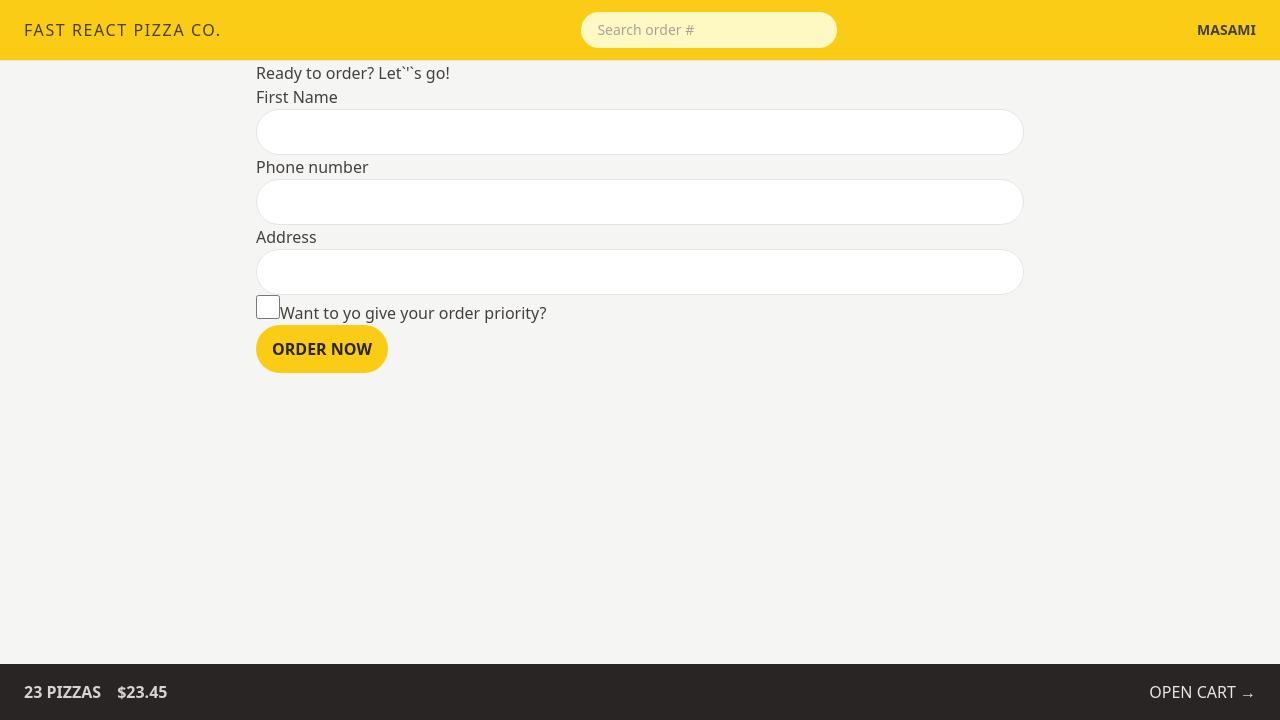
Repository: masamichan/pizza-vite
Page: /order/new
An editor plug-in stored every save of this project. The page is shown before and after the next save, followed by the edit.
The browser window is 1280 px wide. The pictures show the whole page.
The project was rebuilt for these pictures with package versions that can differ from the ones it lists, and the page was loaded fresh each time. Also part of the build but not shown: vite.config.js, src/ui/Home.jsx, src/utils/helpers.js, src/features/menu/MenuItem.jsx, src/features/menu/Menu.jsx, src/features/cart/Cart.jsx, src/features/order/Order.jsx, src/ui/Loader.jsx and 1 more. Imported but missing from the stored project, and not drawn on this page: src/features/user/CreateUser.

Above is the page before, as saved 2023-12-22 14:35:40.

### src/App.jsx
import { RouterProvider, createBrowserRouter } from "react-router-dom"
import Home from './ui/Home'
import Menu, {loader as menuLoader} from './features/menu/Menu';
import Cart from './features/cart/Cart';
import CreateOrder, {action as createOrderAction} from './features/order/CreateOrder';
import Order, {loader as orderLoader} from "./features/order/Order"
import AppLayout from "./ui/AppLayout";
import Error from "./ui/Error"

const router = createBrowserRouter([
  {
    element: <AppLayout />,
    errorElement: <Error />,
    children: [
  { path: "/", element: <Home/>},
  { path: "/menu", element: <Menu />, loader: menuLoader, errorElement: <Error />},
  {path: "/cart",element: <Cart />},
  {path: "/order/new",element: <CreateOrder />, action: createOrderAction},
  {path: "/order/:orderId", element: <Order />, loader: orderLoader, errorElement: <Error />}
    ],
  },
])




function App() {
  return <RouterProvider router={router} />
}

export default App

### src/index.css
@tailwind base;
@tailwind components;
@tailwind utilities;

@layer components {
  .input {
    @apply w-full rounded-full border border-stone-200 px-4 py-2 text-sm
          transition-all duration-300 placeholder:text-stone-400
          focus:outline-none focus:ring focus:ring-yellow-400
          md:px-6 md:py-3;
  }
}

/* https://dev.to/afif/i-made-100-css-loaders-for-your-next-project-4eje */
.loader {
  width: 45px;
  aspect-ratio: 0.75;
  --c: no-repeat linear-gradient(#333 0 0);
  background:
    var(--c) 0% 50%,
    var(--c) 50% 50%,
    var(--c) 100% 50%;
  background-size: 20% 50%;
  animation: loading 1s infinite linear;
}

@keyframes loading {
  20% {
    background-position:
      0% 0%,
      50% 50%,
      100% 50%;
  }
  40% {
    background-position:
      0% 100%,
      50% 0%,
      100% 50%;
  }
  60% {
    background-position:
      0% 50%,
      50% 100%,
      100% 0%;
  }
  80% {
    background-position:
      0% 50%,
      50% 50%,
      100% 100%;
  }
}

### src/features/order/CreateOrder.jsx
import { useState } from 'react';
import { Form, redirect, useActionData, useNavigation } from 'react-router-dom';
import { createOrder } from '../../services/apiRestaurant';
import Button from '../../ui/Button';

// https://uibakery.io/regex-library/phone-number
const isValidPhone = (str) =>
  /^\+?\d{1,4}?[-.\s]?\(?\d{1,3}?\)?[-.\s]?\d{1,4}[-.\s]?\d{1,4}[-.\s]?\d{1,9}$/.test(
    str,
  );

const fakeCart = [
  {
    pizzaId: 12,
    name: 'Mediterranean',
    quantity: 2,
    unitPrice: 16,
    totalPrice: 32,
  },
  {
    pizzaId: 6,
    name: 'Vegetale',
    quantity: 1,
    unitPrice: 13,
    totalPrice: 13,
  },
  {
    pizzaId: 11,
    name: 'Spinach and Mushroom',
    quantity: 1,
    unitPrice: 15,
    totalPrice: 15,
  },
];

function CreateOrder() {
  const navigation = useNavigation();
  const isSubmitting = navigation.state === 'submitting';

  const formErrors = useActionData();

  // const [withPriority, setWithPriority] = useState(false);
  const cart = fakeCart;

  return (
    <div>
      <h2>Ready to order? Let`&apos;`s go!</h2>

      <Form method="POST">
        <div>
          <label>First Name</label>
          <input className="input" type="text" name="customer" required />
        </div>

        <div>
          <label>Phone number</label>
          <div>
            <input className="input" type="tel" name="phone" required />
          </div>
          {formErrors?.phone && <p>{formErrors.phone}</p>}
        </div>

        <div>
          <label>Address</label>
          <div>
            <input className="input" type="text" name="address" required />
          </div>
        </div>

        <div>
          <input
            className="h-6 w-6 accent-yellow-400
                      focus:outline-none focus:ring
                      focus:ring-yellow-400
                      focus:ring-offset-2"
            type="checkbox"
            name="priority"
            id="priority"
            // value={withPriority}
            // onChange={(e) => setWithPriority(e.target.checked)}
          />
          <label htmlFor="priority">Want to yo give your order priority?</label>
        </div>

        <div>
          <input type="hidden" name="cart" value={JSON.stringify(cart)} />
          <Button disabled={isSubmitting}>
            {isSubmitting ? 'Placing order...' : 'Order now'}
          </Button>
        </div>
      </Form>
    </div>
  );
}

export async function action({ request }) {
  const formData = await request.formData();
  const data = Object.fromEntries(formData);

  const order = {
    ...data,
    cart: JSON.parse(data.cart),
    priority: data.priority === 'on',
  };

  const errors = {};
  if (!isValidPhone(order.phone))
    errors.phone =
      'Please give us your correct phone number. We might need it to contact you.';

  if (Object.keys(errors).length > 0) return errors;

  const newOrder = await createOrder(order);

  return redirect(`/order/${newOrder.id}`);
}

export default CreateOrder;

### src/ui/AppLayout.jsx
import Header from './Header';
import Loader from './Loader';
import { Outlet, useNavigation } from 'react-router-dom';
import CartOverview from '../features/cart/CartOverview';

function AppLayout() {
  const navigation = useNavigation();
  const isLoading = navigation.state === 'loading';
  return (
    <div className="grid h-screen grid-rows-[auto_1fr_auto]">
      {isLoading && <Loader />}

      <Header />
      <div className="overflow-scroll">
        <main className="mx-auto max-w-3xl">
          <Outlet />
        </main>
      </div>
      <CartOverview />
    </div>
  );
}

export default AppLayout;

### src/services/apiRestaurant.js
const API_URL = 'https://react-fast-pizza-api.onrender.com/api';

export async function getMenu() {
  const res = await fetch(`${API_URL}/menu`);

  // fetch won't throw error on 400 errors (e.g. when URL is wrong), so we need to do it manually. This will then go into the catch block, where the message is set
  if (!res.ok) throw Error('Failed getting menu');

  const { data } = await res.json();
  return data;
}

export async function getOrder(id) {
  const res = await fetch(`${API_URL}/order/${id}`);
  if (!res.ok) throw Error(`Couldn't find order #${id}`);

  const { data } = await res.json();
  return data;
}

export async function createOrder(newOrder) {
  try {
    const res = await fetch(`${API_URL}/order`, {
      method: 'POST',
      body: JSON.stringify(newOrder),
      headers: {
        'Content-Type': 'application/json',
      },
    });

    if (!res.ok) throw Error();
    const { data } = await res.json();
    return data;
  } catch {
    throw Error('Failed creating your order');
  }
}

export async function updateOrder(id, updateObj) {
  try {
    const res = await fetch(`${API_URL}/order/${id}`, {
      method: 'PATCH',
      body: JSON.stringify(updateObj),
      headers: {
        'Content-Type': 'application/json',
      },
    });

    if (!res.ok) throw Error();
    // We don't need the data, so we don't return anything
  } catch (err) {
    throw Error('Failed updating your order');
  }
}

### src/ui/Button.jsx
function Button({ children, disabled }) {
  return (
    <button
      disabled={disabled}
      className="tracking-width activate:bg-slate-400 inline-block rounded-full bg-yellow-400 px-4 py-3 font-semibold
                uppercase text-stone-800 transition-colors duration-300 hover:bg-yellow-300
                focus:outline-none focus:ring focus:ring-yellow-300 focus:ring-offset-2 disabled:cursor-not-allowed"
    >
      {children}
    </button>
  );
}

export default Button;

### src/ui/Header.jsx
import { Link } from 'react-router-dom';
import SearchOrder from '../features/order/SearchOrder';
import UserName from '../features/user/UserName';

function Header() {
  return (
    <header className="flex items-center justify-between border-b border-stone-200 bg-yellow-400 px-4 py-3 uppercase sm:px-6">
      <Link to="/" className="tracking-widest">
        Fast React Pizza Co.
      </Link>
      <SearchOrder />
      <UserName />
    </header>
  );
}

export default Header;

### src/features/cart/CartOverview.jsx
import { Link } from 'react-router-dom';

function CartOverview() {
  return (
    <div className="flex items-center justify-between bg-stone-800 px-4 py-4 text-sm uppercase text-stone-200 sm:px-6 md:text-base">
      <p className="sm-space-x-6 space-x-4 font-semibold text-stone-300">
        <span>23 pizzas</span>
        <span>$23.45</span>
      </p>
      <Link to="/cart">Open cart &rarr;</Link>
    </div>
  );
}

export default CartOverview;

### src/features/order/SearchOrder.jsx
import { useState } from 'react';
import { useNavigate } from 'react-router-dom';

function SearchOrder() {
  const [query, setQuery] = useState('');
  const navigate = useNavigate();

  function handleSubmit(e) {
    e.preventDefault();
    if (!query) return;
    navigate(`/order/${query}`);
    setQuery('');
  }

  return (
    <form onSubmit={handleSubmit}>
      <input
        placeholder="Search order #"
        value={query}
        onChange={(e) => setQuery(e.target.value)}
        className="focus: w-28 rounded-full bg-yellow-100 px-4 py-2
                   text-sm ring-yellow-500 transition-all duration-300
                   placeholder:text-stone-400 focus:outline-none focus:ring focus:ring-opacity-50 sm:w-64 sm:focus:w-72"
      />
    </form>
  );
}

export default SearchOrder;

### src/features/user/UserName.jsx
function UserName() {
  return <div className="hidden text-sm font-semibold md:block">Masami</div>;
}

export default UserName;

Loaded but not shown: index.html (common file); src/main.jsx (common file); tailwind.config.js (common file)

After the next save:
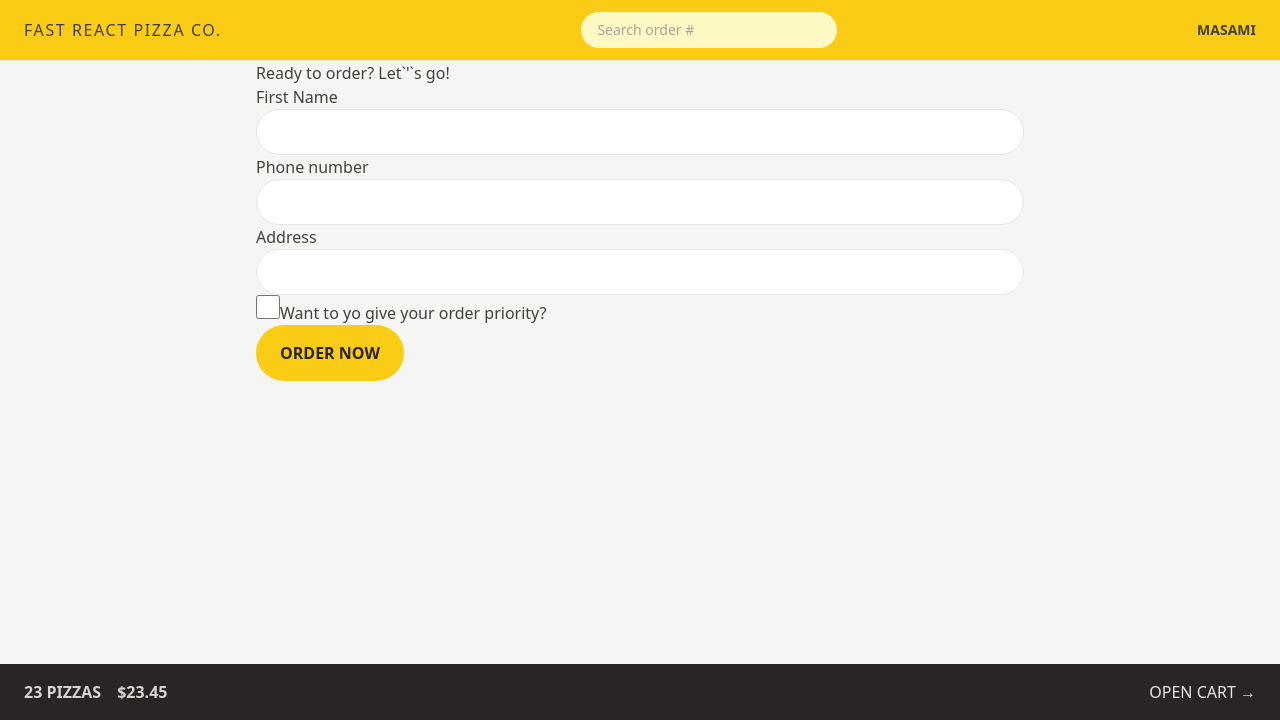
Saved 113 min 30 s later.
--- a/src/ui/Button.jsx
+++ b/src/ui/Button.jsx
@@ -4,7 +4,8 @@ function Button({ children, disabled }) {
       disabled={disabled}
       className="tracking-width activate:bg-slate-400 inline-block rounded-full bg-yellow-400 px-4 py-3 font-semibold
                 uppercase text-stone-800 transition-colors duration-300 hover:bg-yellow-300
-                focus:outline-none focus:ring focus:ring-yellow-300 focus:ring-offset-2 disabled:cursor-not-allowed"
+                focus:outline-none focus:ring focus:ring-yellow-300 focus:ring-offset-2 disabled:cursor-not-allowed
+                md:px-6 md:py-4"
     >
       {children}
     </button>
